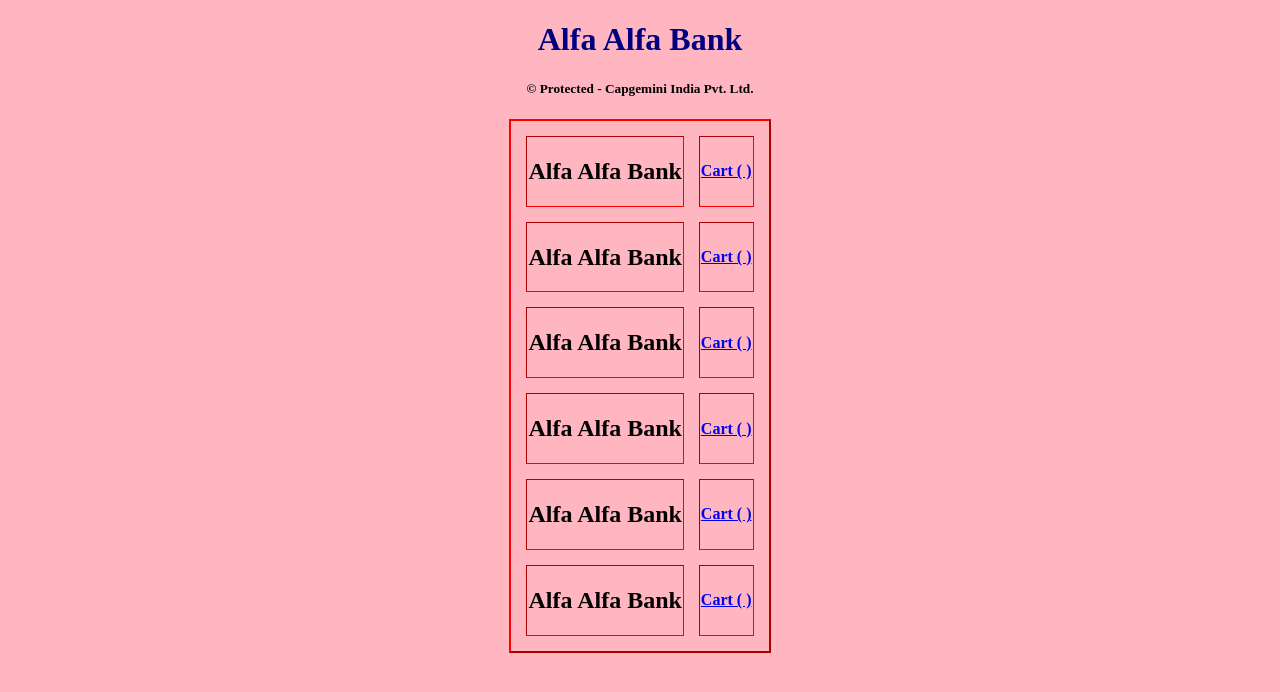
Repository: Rccalfa123/OnlineBankingApp
Page: http://localhost/AlfaAlfaBankApp/home.jsp
An editor plug-in stored every save of this project. The page is shown before and after the next save, followed by the edit.
The browser window is 1280 px wide. The pictures show the whole page.
The page is served by Tomcat 9. Other server files are loaded and not shown.

Above is the page before, as saved 2018-08-10 10:38:59.

### AlfaAlfaBankApp/WebContent/home.jsp
<%@ page language="java" contentType="text/html; charset=ISO-8859-1"
	pageEncoding="ISO-8859-1"%>
<%@taglib prefix="alfa" uri="http://java.sun.com/jsp/jstl/core"%>
<!DOCTYPE html>
<html>
<head>

<link rel="stylesheet" type="text/css" href="mystyle.css">

<meta charset="ISO-8859-1">
<title>Alfa Alfa Bank</title>
</head>
<body>
	<jsp:include page="header.jsp"></jsp:include>
	<form action=".app" method="get">

		<div>
			<table cellspacing="15" align="center" border="2">
				<tr>
					<th colspan="4" height="35"><h2>Alfa Alfa Bank</h2></th>
					<th><a href="Cart.jsp">Cart ( ${sessionScope.counter} )</a></th>
				</tr>
				<tr>
					<th colspan="4" height="35"><h2>Alfa Alfa Bank</h2></th>
					<th><a href="Cart.jsp">Cart ( ${sessionScope.counter} )</a></th>
				</tr>
				<tr>
					<th colspan="4" height="35"><h2>Alfa Alfa Bank</h2></th>
					<th><a href="Cart.jsp">Cart ( ${sessionScope.counter} )</a></th>
				</tr>
				<tr>
					<th colspan="4" height="35"><h2>Alfa Alfa Bank</h2></th>
					<th><a href="Cart.jsp">Cart ( ${sessionScope.counter} )</a></th>
				</tr>
				<tr>
					<th colspan="4" height="35"><h2>Alfa Alfa Bank</h2></th>
					<th><a href="Cart.jsp">Cart ( ${sessionScope.counter} )</a></th>
				</tr>
				<tr>
					<th colspan="4" height="35"><h2>Alfa Alfa Bank</h2></th>
					<th><a href="Cart.jsp">Cart ( ${sessionScope.counter} )</a></th>
				</tr>
		</div>

	</form>
	<jsp:include page="footer.html"></jsp:include>

</body>
</html>

### AlfaAlfaBankApp/WebContent/header.jsp
<%@taglib prefix="jstl" uri="http://java.sun.com/jsp/jstl/core" %>
<div align="center">
	<h1>Alfa Alfa Bank</h1>
</div>

### AlfaAlfaBankApp/WebContent/footer.html
<div align="center">
<h5>&copy; Protected - Capgemini India Pvt. Ltd.</h5>
</div>

### AlfaAlfaBankApp/WebContent/mystyle.css
@charset "ISO-8859-1";

body {
    background-color: lightpink;
}

h1 {
    color: navy;
}

td{

 font-family: sans-serif;

}

table {
	border-color: red;
	border-right: 2px 2px 2px 2px ;
}

After the next save:
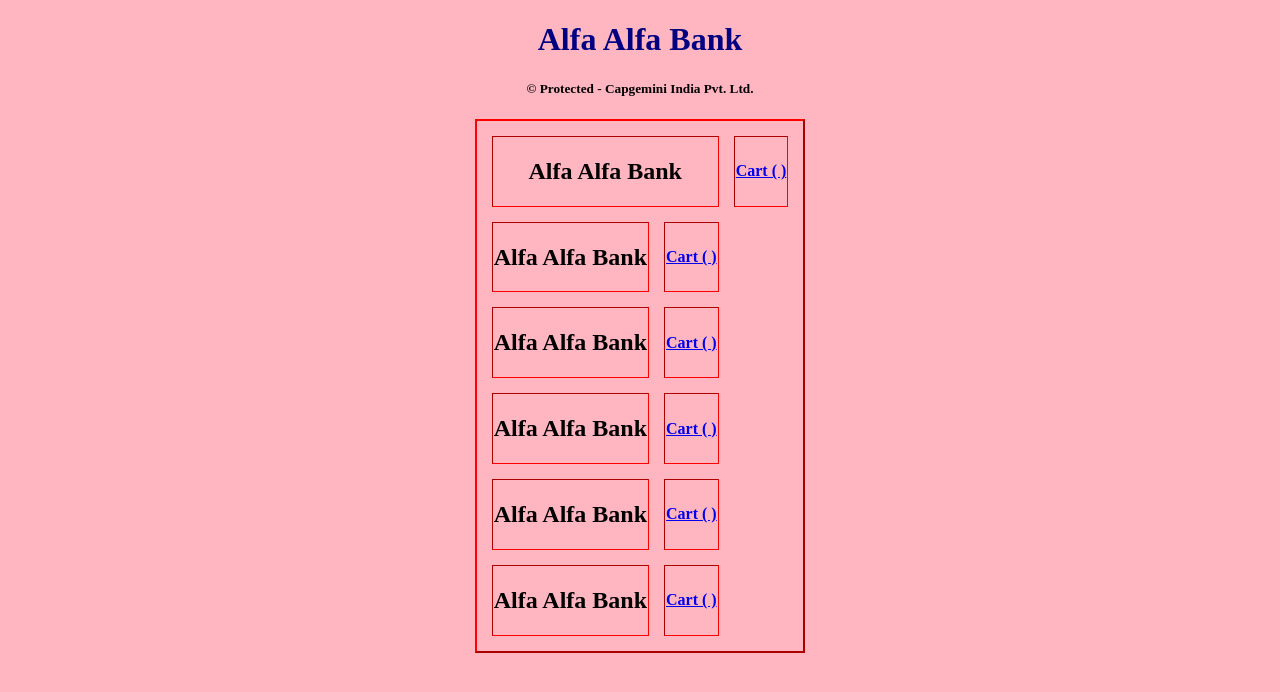
Saved 31 s later.
--- a/AlfaAlfaBankApp/WebContent/home.jsp
+++ b/AlfaAlfaBankApp/WebContent/home.jsp
@@ -17,25 +17,30 @@
 		<div>
 			<table cellspacing="15" align="center" border="2">
 				<tr>
-					<th colspan="4" height="35"><h2>Alfa Alfa Bank</h2></th>
+					<th colspan="6" height="35"><h2>Alfa Alfa Bank</h2></th>
 					<th><a href="Cart.jsp">Cart ( ${sessionScope.counter} )</a></th>
 				</tr>
+
 				<tr>
 					<th colspan="4" height="35"><h2>Alfa Alfa Bank</h2></th>
 					<th><a href="Cart.jsp">Cart ( ${sessionScope.counter} )</a></th>
 				</tr>
+
 				<tr>
 					<th colspan="4" height="35"><h2>Alfa Alfa Bank</h2></th>
 					<th><a href="Cart.jsp">Cart ( ${sessionScope.counter} )</a></th>
 				</tr>
+
 				<tr>
 					<th colspan="4" height="35"><h2>Alfa Alfa Bank</h2></th>
 					<th><a href="Cart.jsp">Cart ( ${sessionScope.counter} )</a></th>
 				</tr>
+
 				<tr>
 					<th colspan="4" height="35"><h2>Alfa Alfa Bank</h2></th>
 					<th><a href="Cart.jsp">Cart ( ${sessionScope.counter} )</a></th>
 				</tr>
+
 				<tr>
 					<th colspan="4" height="35"><h2>Alfa Alfa Bank</h2></th>
 					<th><a href="Cart.jsp">Cart ( ${sessionScope.counter} )</a></th>
